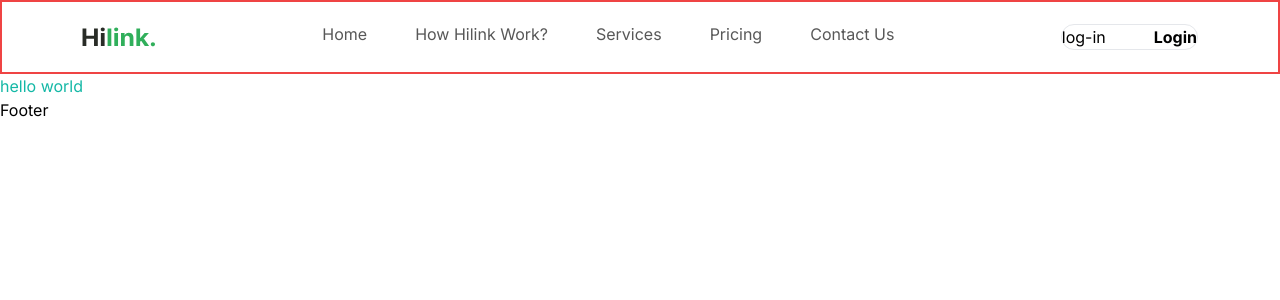
Repository: tarun4141/travel-app
Page: /
An editor plug-in stored every save of this project. The page is shown before and after a run of saves, followed by the edit.
The browser window is 1280 px wide. The pictures show the whole page.
The project was rebuilt for these pictures with package versions that can differ from the ones it lists, and the page was loaded fresh each time. The framework's server and built-in components were replaced by stand-ins that run in the browser. Also part of the build but not shown: next.config.mjs.

Above is the page before, as saved 2024-06-23 02:10:37.

After the next 9 saves:
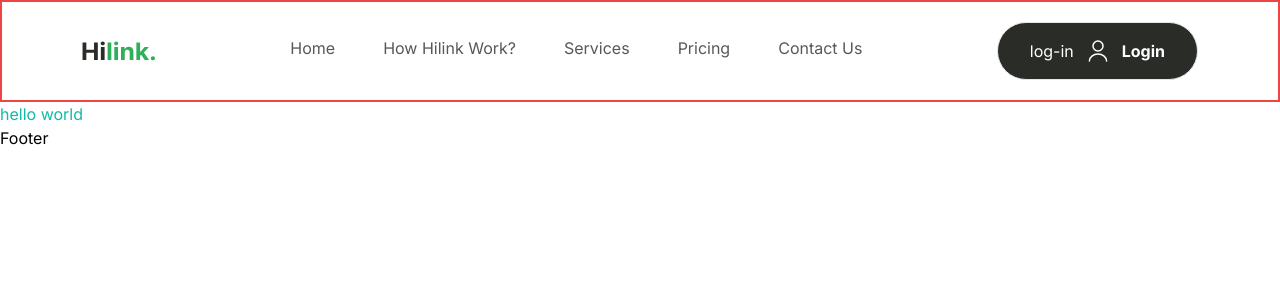
The 9 saves are shown as one change because 2 did not build or start and some came seconds apart.
The last was saved 32 s later.
--- a/components/Button.tsx
+++ b/components/Button.tsx
@@ -11,7 +11,7 @@ type ButtonProps ={
 const Button = ({type,title,icon,variant}:ButtonProps) => {
   return (
     <button
-    className={`flexCenter gap-3 rounded-full border`}
+    className={`flexCenter gap-3 rounded-full border ${variant}`}
 
     type={type}>
         log-in
